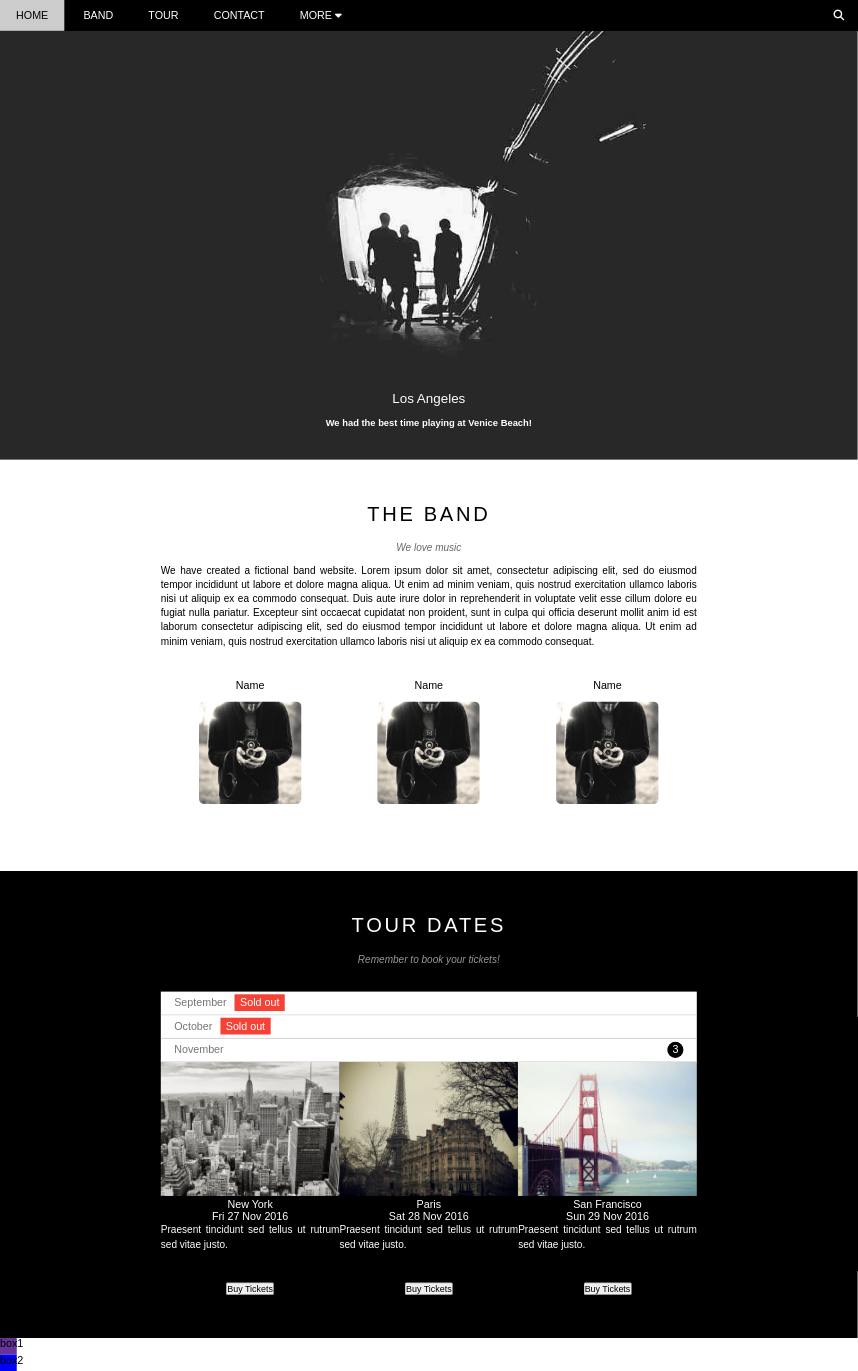
Repository: TranPhucThinh/clone-the-band
Page: index.html
An editor plug-in stored every save of this project. The page is shown before and after the next save, followed by the edit.
The browser window is 1280 px wide. The pictures show the whole page, at 67% of full size.
Some web libraries are served in a nearby version.

Above is the page before, as saved 2022-08-04 13:37:41.

After the next save:
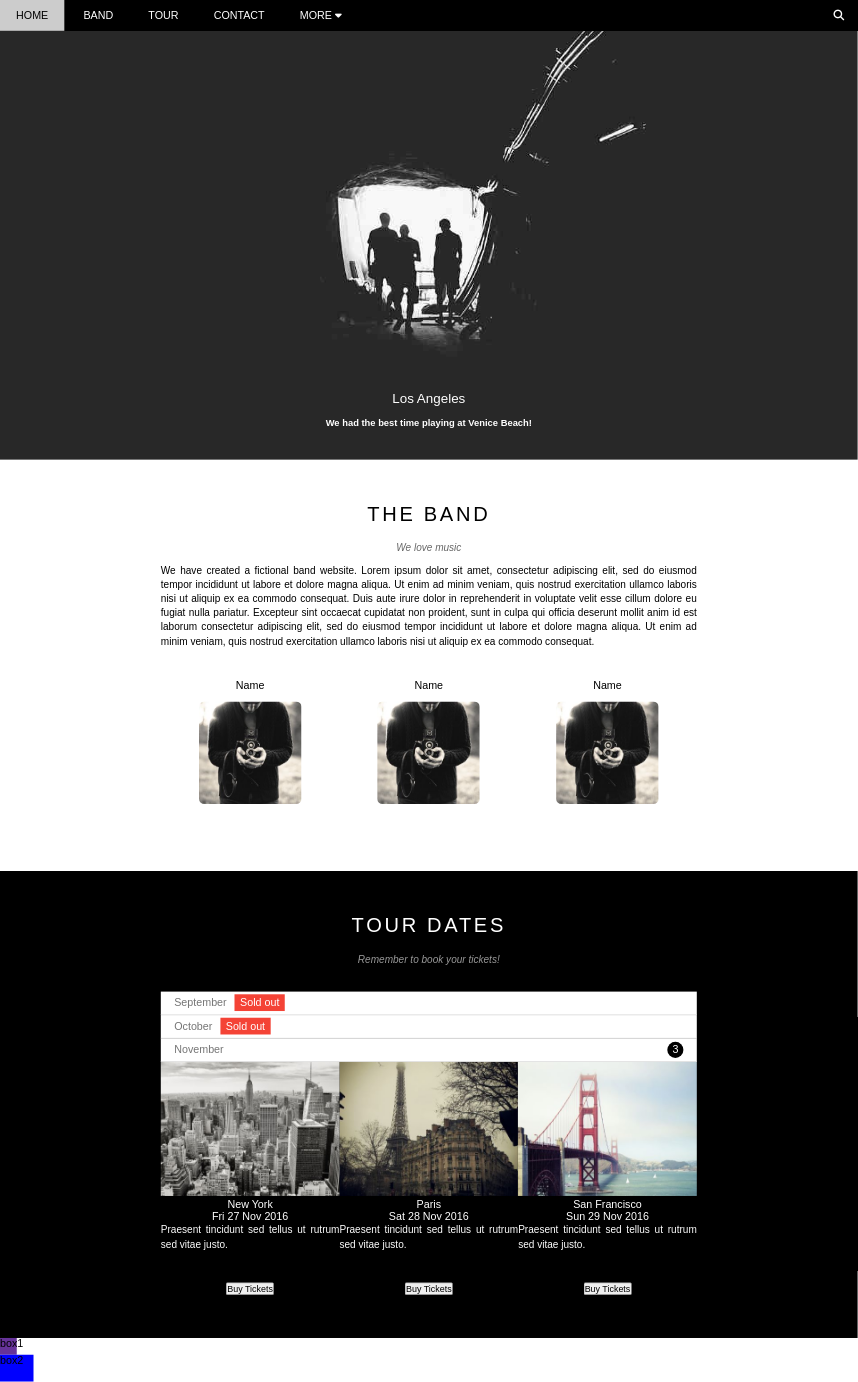
Saved 11 s later.
--- a/assets/style.css
+++ b/assets/style.css
@@ -224,6 +224,6 @@ html {
 }
 .box2 {
   background-color: blue;
-  width: 25px;
-  height: 25px;
-}
+  width: 50px;
+  height: 40px;
+}
